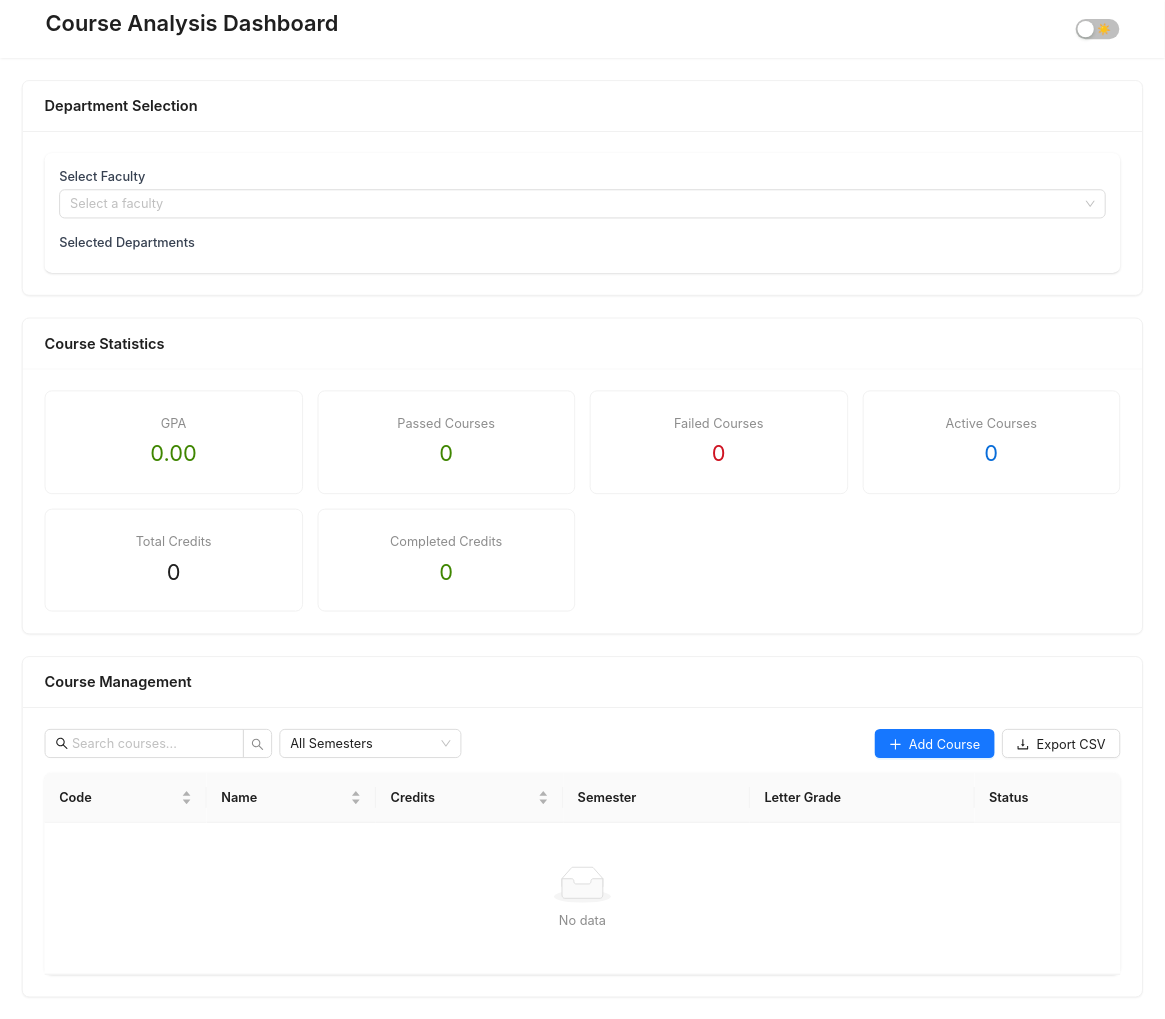
Repository: heudev/ieu-eduanalyzer
Page: /
The author's editor kept a copy of each file at every save. The page is drawn from the files as they stood at one save, then again after the next save.
The browser window is 1280 px wide. The pictures show the whole page, at 91% of full size.
The project was rebuilt for these pictures with package versions that can differ from the ones it lists, and the page was loaded fresh each time. Also part of the build but not shown: vite.config.ts.

Above is the page before, as saved 2025-01-17 00:21:02.

### src/index.css
@tailwind base;
@tailwind components;
@tailwind utilities;

body {
  margin: 0;
  font-family: -apple-system, BlinkMacSystemFont, "Segoe UI", "Roboto", "Oxygen", "Ubuntu", "Cantarell", "Fira Sans", "Droid Sans", "Helvetica Neue", sans-serif;
  -webkit-font-smoothing: antialiased;
  -moz-osx-font-smoothing: grayscale;
}

.ant-layout {
  background-color: inherit;
}

.ant-card {
  border-radius: 8px;
}

.ant-card-head {
  border-top-left-radius: 8px;
  border-top-right-radius: 8px;
}

.ant-statistic-title {
  color: inherit;
}

.ant-select {
  width: 100%;
}

/* Dark theme overrides */
[data-theme="dark"] .ant-card {
  background-color: #1f2937;
  border-color: #374151;
}

[data-theme="dark"] .ant-card-head {
  background-color: #1f2937;
  border-color: #374151;
}

[data-theme="dark"] .ant-table {
  background-color: #1f2937;
  color: #e5e7eb;
}

[data-theme="dark"] .ant-table-thead > tr > th {
  background-color: #374151;
  color: #e5e7eb;
  border-color: #4b5563;
}

[data-theme="dark"] .ant-table-tbody > tr > td {
  border-color: #4b5563;
}

[data-theme="dark"] .ant-table-tbody > tr:hover > td {
  background-color: #374151;
}

[data-theme="dark"] .ant-select-selector {
  background-color: #374151 !important;
  border-color: #4b5563 !important;
  color: #e5e7eb !important;
}

[data-theme="dark"] .ant-select-dropdown {
  background-color: #1f2937;
  border-color: #374151;
}

[data-theme="dark"] .ant-select-item {
  color: #e5e7eb;
}

[data-theme="dark"] .ant-select-item-option-selected {
  background-color: #374151;
}

[data-theme="dark"] .ant-input {
  background-color: #374151;
  border-color: #4b5563;
  color: #e5e7eb;
}

[data-theme="dark"] .ant-input:hover,
[data-theme="dark"] .ant-input:focus {
  border-color: #60a5fa;
}

[data-theme="dark"] .ant-btn {
  border-color: #4b5563;
  color: #e5e7eb;
}

[data-theme="dark"] .ant-btn-primary {
  background-color: #3b82f6;
  border-color: #3b82f6;
}

[data-theme="dark"] .ant-modal-content,
[data-theme="dark"] .ant-modal-header {
  background-color: #1f2937;
  color: #e5e7eb;
}

[data-theme="dark"] .ant-modal-title {
  color: #e5e7eb;
}

[data-theme="dark"] .ant-form-item-label > label {
  color: #e5e7eb;
}

@media (max-width: 768px) {
  .ant-card {
    margin-bottom: 16px;
  }
}

### src/App.tsx
import React, { useEffect } from 'react';
import { Layout, Typography, Card, Switch } from 'antd';
import { Provider } from 'react-redux';
import { configureStore } from '@reduxjs/toolkit';
import { useSelector, useDispatch } from 'react-redux';
import courseReducer, { toggleTheme, loadInitialData } from './store/courseSlice';
import FacultyDepartmentSelector from './components/FacultyDepartmentSelector';
import CourseTable from './components/CourseTable';
import CourseStats from './components/CourseStats';
import { ThemeMode } from './types';

const { Header, Content } = Layout;
const { Title } = Typography;

const store = configureStore({
  reducer: {
    course: courseReducer,
  },
});

interface RootState {
  course: {
    theme: ThemeMode;
  };
}

const AppContent: React.FC = () => {
  const dispatch = useDispatch();
  const theme = useSelector((state: RootState) => state.course.theme);

  useEffect(() => {
    dispatch(loadInitialData());
  }, [dispatch]);

  return (
    <Layout className={`min-h-screen ${theme === 'dark' ? 'bg-gray-900' : 'bg-gray-100'}`}>
      <Header className={`${theme === 'dark' ? 'bg-gray-800' : 'bg-white'} shadow flex items-center justify-between`}>
        <Title level={3} className={`py-4 m-0 ${theme === 'dark' ? 'text-white' : 'text-gray-800'}`}>
          Course Analysis Dashboard
        </Title>
        <Switch
          checked={theme === 'dark'}
          onChange={() => dispatch(toggleTheme())}
          checkedChildren="🌙"
          unCheckedChildren="☀️"
        />
      </Header>
      <Content className="p-6">
        <div className="max-w-7xl mx-auto space-y-6">
          <Card
            title="Department Selection"
            className={`shadow-sm ${theme === 'dark' ? 'bg-gray-800 text-white' : ''}`}
          >
            <FacultyDepartmentSelector />
          </Card>
          <Card
            title="Course Statistics"
            className={`shadow-sm ${theme === 'dark' ? 'bg-gray-800 text-white' : ''}`}
          >
            <CourseStats />
          </Card>
          <Card
            title="Course Management"
            className={`shadow-sm ${theme === 'dark' ? 'bg-gray-800 text-white' : ''}`}
          >
            <CourseTable />
          </Card>
        </div>
      </Content>
    </Layout>
  );
};

const App: React.FC = () => {
  return (
    <Provider store={store}>
      <AppContent />
    </Provider>
  );
};

export default App;

### src/components/CourseTable.tsx
import React, { useState } from 'react';
import { Table, Select, Button, Space, Input, Modal, Form, InputNumber } from 'antd';
import { useDispatch, useSelector } from 'react-redux';
import { Course, LetterGrade, CourseStatus } from '../types';
import { updateCourse, addCourse } from '../store/courseSlice';
import { SearchOutlined, PlusOutlined, DownloadOutlined } from '@ant-design/icons';

const { Option } = Select;
const { Search } = Input;

interface RootState {
    course: {
        courses: Course[];
    };
}

const CourseTable: React.FC = () => {
    const dispatch = useDispatch();
    const courses = useSelector((state: RootState) => state.course.courses);
    const [searchText, setSearchText] = useState('');
    const [isModalVisible, setIsModalVisible] = useState(false);
    const [selectedSemester, setSelectedSemester] = useState<string>('all');
    const [form] = Form.useForm();

    const letterGrades: LetterGrade[] = ['AA', 'BA', 'BB', 'CB', 'CC', 'DC', 'DD', 'FF', 'NA'];
    const courseStatuses: CourseStatus[] = ['PASSED', 'FAILED', 'TAKING', 'NOT_TAKEN'];
    const semesters = ['1. Year Fall', '1. Year Spring', '2. Year Fall', '2. Year Spring', '3. Year Fall', '3. Year Spring', '4. Year Fall', '4. Year Spring'];

    const handleGradeChange = (courseId: string, letterGrade: LetterGrade) => {
        dispatch(updateCourse({ courseId, updates: { letterGrade } }));
    };

    const handleStatusChange = (courseId: string, status: CourseStatus) => {
        dispatch(updateCourse({ courseId, updates: { status } }));
    };

    const handleAddCourse = () => {
        form.validateFields().then(values => {
            const newCourse: Course = {
                id: Date.now().toString(),
                code: values.code,
                name: values.name,
                credits: values.credits,
                letterGrade: 'NA',
                status: 'NOT_TAKEN',
                semester: values.semester
            };
            dispatch(addCourse(newCourse));
            setIsModalVisible(false);
            form.resetFields();
        });
    };

    const handleExport = () => {
        const csvContent = [
            ['Code', 'Name', 'Credits', 'Letter Grade', 'Status', 'Semester'],
            ...filteredCourses.map(course => [
                course.code,
                course.name,
                course.credits,
                course.letterGrade,
                course.status,
                course.semester
            ])
        ].map(row => row.join(',')).join('\n');

        const blob = new Blob([csvContent], { type: 'text/csv;charset=utf-8;' });
        const link = document.createElement('a');
        link.href = URL.createObjectURL(blob);
        link.download = 'courses.csv';
        link.click();
    };

    const filteredCourses = courses.filter(course => {
        const matchesSearch = course.code.toLowerCase().includes(searchText.toLowerCase()) ||
            course.name.toLowerCase().includes(searchText.toLowerCase());
        const matchesSemester = selectedSemester === 'all' || course.semester?.includes(selectedSemester);
        return matchesSearch && matchesSemester;
    });

    const columns = [
        {
            title: 'Code',
            dataIndex: 'code',
            key: 'code',
            sorter: (a: Course, b: Course) => a.code.localeCompare(b.code),
        },
        {
            title: 'Name',
            dataIndex: 'name',
            key: 'name',
            sorter: (a: Course, b: Course) => a.name.localeCompare(b.name),
        },
        {
            title: 'Credits',
            dataIndex: 'credits',
            key: 'credits',
            sorter: (a: Course, b: Course) => a.credits - b.credits,
        },
        {
            title: 'Semester',
            dataIndex: 'semester',
            key: 'semester',
        },
        {
            title: 'Letter Grade',
            dataIndex: 'letterGrade',
            key: 'letterGrade',
            render: (letterGrade: LetterGrade, record: Course) => (
                <Select
                    value={letterGrade}
                    onChange={(value: LetterGrade) => handleGradeChange(record.id, value)}
                    className="w-24"
                >
                    {letterGrades.map(grade => (
                        <Option key={grade} value={grade}>
                            {grade}
                        </Option>
                    ))}
                </Select>
            ),
        },
        {
            title: 'Status',
            dataIndex: 'status',
            key: 'status',
            render: (status: CourseStatus, record: Course) => (
                <Select
                    value={status}
                    onChange={(value: CourseStatus) => handleStatusChange(record.id, value)}
                    className="w-32"
                >
                    {courseStatuses.map(status => (
                        <Option key={status} value={status}>
                            {status.replace('_', ' ')}
                        </Option>
                    ))}
                </Select>
            ),
        },
    ];

    return (
        <div className="space-y-4">
            <div className="flex flex-wrap gap-4 items-center justify-between">
                <Space>
                    <Search
                        placeholder="Search courses..."
                        onChange={e => setSearchText(e.target.value)}
                        style={{ width: 250 }}
                        prefix={<SearchOutlined />}
                    />
                    <Select
                        style={{ width: 200 }}
                        value={selectedSemester}
                        onChange={setSelectedSemester}
                        placeholder="Filter by semester"
                    >
                        <Option value="all">All Semesters</Option>
                        {semesters.map(sem => (
                            <Option key={sem} value={sem}>{sem}</Option>
                        ))}
                    </Select>
                </Space>
                <Space>
                    <Button
                        type="primary"
                        icon={<PlusOutlined />}
                        onClick={() => setIsModalVisible(true)}
                    >
                        Add Course
                    </Button>
                    <Button
                        icon={<DownloadOutlined />}
                        onClick={handleExport}
                    >
                        Export CSV
                    </Button>
                </Space>
            </div>

            <Table
                columns={columns}
                dataSource={filteredCourses}
                rowKey="id"
                className="bg-white rounded-lg shadow"
                pagination={{
                    pageSize: 10,
                    showSizeChanger: true,
                    showTotal: (total, range) => `${range[0]}-${range[1]} of ${total} courses`,
                }}
            />

            <Modal
                title="Add New Course"
                open={isModalVisible}
                onOk={handleAddCourse}
                onCancel={() => {
                    setIsModalVisible(false);
                    form.resetFields();
                }}
            >
                <Form form={form} layout="vertical">
                    <Form.Item
                        name="code"
                        label="Course Code"
                        rules={[{ required: true, message: 'Please enter course code' }]}
                    >
                        <Input />
                    </Form.Item>
                    <Form.Item
                        name="name"
                        label="Course Name"
                        rules={[{ required: true, message: 'Please enter course name' }]}
                    >
                        <Input />
                    </Form.Item>
                    <Form.Item
                        name="credits"
                        label="Credits"
                        rules={[{ required: true, message: 'Please enter credits' }]}
                    >
                        <InputNumber min={1} max={30} />
                    </Form.Item>
                    <Form.Item
                        name="semester"
                        label="Semester"
                        rules={[{ required: true, message: 'Please select semester' }]}
                    >
                        <Select>
                            {semesters.map(sem => (
                                <Option key={sem} value={sem}>{sem}</Option>
                            ))}
                        </Select>
                    </Form.Item>
                </Form>
            </Modal>
        </div>
    );
};

export default CourseTable;

### src/components/CourseStats.tsx
import React from 'react';
import { Row, Col, Statistic, Card } from 'antd';
import { useSelector } from 'react-redux';
import { CourseState } from '../types';

interface RootState {
    course: CourseState;
}

const CourseStats: React.FC = () => {
    const stats = useSelector((state: RootState) => state.course.stats);

    return (
        <Row gutter={[16, 16]}>
            <Col xs={24} sm={12} md={8} lg={6}>
                <Card className="text-center">
                    <Statistic
                        title="GPA"
                        value={stats.gpa.toFixed(2)}
                        precision={2}
                        valueStyle={{ color: '#3f8600' }}
                    />
                </Card>
            </Col>
            <Col xs={24} sm={12} md={8} lg={6}>
                <Card className="text-center">
                    <Statistic
                        title="Passed Courses"
                        value={stats.passedCourses}
                        valueStyle={{ color: '#3f8600' }}
                    />
                </Card>
            </Col>
            <Col xs={24} sm={12} md={8} lg={6}>
                <Card className="text-center">
                    <Statistic
                        title="Failed Courses"
                        value={stats.failedCourses}
                        valueStyle={{ color: '#cf1322' }}
                    />
                </Card>
            </Col>
            <Col xs={24} sm={12} md={8} lg={6}>
                <Card className="text-center">
                    <Statistic
                        title="Active Courses"
                        value={stats.activeCourses}
                        valueStyle={{ color: '#096dd9' }}
                    />
                </Card>
            </Col>
            <Col xs={24} sm={12} md={8} lg={6}>
                <Card className="text-center">
                    <Statistic
                        title="Total Credits"
                        value={stats.totalCredits}
                    />
                </Card>
            </Col>
            <Col xs={24} sm={12} md={8} lg={6}>
                <Card className="text-center">
                    <Statistic
                        title="Completed Credits"
                        value={stats.completedCredits}
                        valueStyle={{ color: '#3f8600' }}
                    />
                </Card>
            </Col>
        </Row>
    );
};

export default CourseStats;

Loaded but not shown: index.html (common file); src/main.tsx (common file); src/data/departments.json (21572 lines, source omitted); tailwind.config.js (14 lines, source omitted); src/store/courseSlice.ts (145 lines, source omitted); src/components/FacultyDepartmentSelector.tsx (107 lines, source omitted)

After the next save:
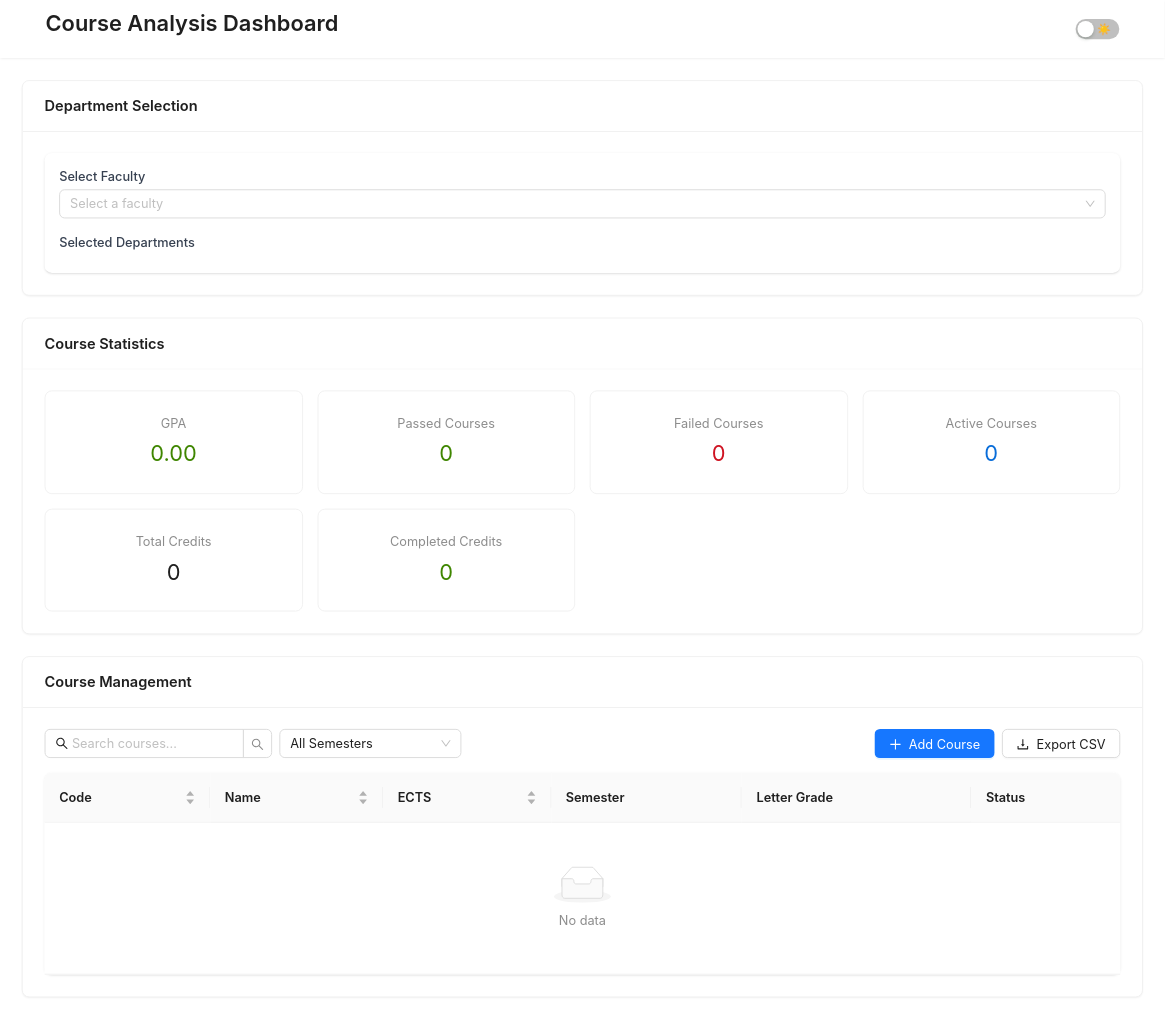
Saved 36 s later.
--- a/src/components/CourseTable.tsx
+++ b/src/components/CourseTable.tsx
@@ -24,7 +24,6 @@
 
     const letterGrades: LetterGrade[] = ['AA', 'BA', 'BB', 'CB', 'CC', 'DC', 'DD', 'FF', 'NA'];
     const courseStatuses: CourseStatus[] = ['PASSED', 'FAILED', 'TAKING', 'NOT_TAKEN'];
-    const semesters = ['1. Year Fall', '1. Year Spring', '2. Year Fall', '2. Year Spring', '3. Year Fall', '3. Year Spring', '4. Year Fall', '4. Year Spring'];
 
     const handleGradeChange = (courseId: string, letterGrade: LetterGrade) => {
         dispatch(updateCourse({ courseId, updates: { letterGrade } }));
@@ -39,11 +38,16 @@
             const newCourse: Course = {
                 id: Date.now().toString(),
                 code: values.code,
+                prerequisites: null,
                 name: values.name,
+                ects: values.credits,
+                grade: null,
+                semester: values.semester,
+                checked: false,
+                enrolled: false,
                 credits: values.credits,
                 letterGrade: 'NA',
-                status: 'NOT_TAKEN',
-                semester: values.semester
+                status: 'NOT_TAKEN'
             };
             dispatch(addCourse(newCourse));
             setIsModalVisible(false);
@@ -53,13 +57,13 @@
 
     const handleExport = () => {
         const csvContent = [
-            ['Code', 'Name', 'Credits', 'Letter Grade', 'Status', 'Semester'],
+            ['Code', 'Name', 'ECTS', 'Letter Grade', 'Status', 'Semester'],
             ...filteredCourses.map(course => [
                 course.code,
                 course.name,
-                course.credits,
-                course.letterGrade,
-                course.status,
+                course.ects,
+                course.letterGrade || course.grade,
+                course.status || (course.enrolled ? 'TAKING' : 'NOT_TAKEN'),
                 course.semester
             ])
         ].map(row => row.join(',')).join('\n');
@@ -78,6 +82,8 @@
         return matchesSearch && matchesSemester;
     });
 
+    const uniqueSemesters = Array.from(new Set(courses.map(course => course.semester)));
+
     const columns = [
         {
             title: 'Code',
@@ -92,10 +98,10 @@
             sorter: (a: Course, b: Course) => a.name.localeCompare(b.name),
         },
         {
-            title: 'Credits',
-            dataIndex: 'credits',
-            key: 'credits',
-            sorter: (a: Course, b: Course) => a.credits - b.credits,
+            title: 'ECTS',
+            dataIndex: 'ects',
+            key: 'ects',
+            sorter: (a: Course, b: Course) => a.ects - b.ects,
         },
         {
             title: 'Semester',
@@ -108,8 +114,8 @@
             key: 'letterGrade',
             render: (letterGrade: LetterGrade, record: Course) => (
                 <Select
-                    value={letterGrade}
-                    onChange={(value: LetterGrade) => handleGradeChange(record.id, value)}
+                    value={letterGrade || record.grade}
+                    onChange={(value: LetterGrade) => handleGradeChange(record.id!, value)}
                     className="w-24"
                 >
                     {letterGrades.map(grade => (
@@ -126,8 +132,8 @@
             key: 'status',
             render: (status: CourseStatus, record: Course) => (
                 <Select
-                    value={status}
-                    onChange={(value: CourseStatus) => handleStatusChange(record.id, value)}
+                    value={status || (record.enrolled ? 'TAKING' : 'NOT_TAKEN')}
+                    onChange={(value: CourseStatus) => handleStatusChange(record.id!, value)}
                     className="w-32"
                 >
                     {courseStatuses.map(status => (
@@ -157,7 +163,7 @@
                         placeholder="Filter by semester"
                     >
                         <Option value="all">All Semesters</Option>
-                        {semesters.map(sem => (
+                        {uniqueSemesters.map(sem => (
                             <Option key={sem} value={sem}>{sem}</Option>
                         ))}
                     </Select>
@@ -182,7 +188,7 @@
             <Table
                 columns={columns}
                 dataSource={filteredCourses}
-                rowKey="id"
+                rowKey="code"
                 className="bg-white rounded-lg shadow"
                 pagination={{
                     pageSize: 10,
@@ -217,8 +223,8 @@
                     </Form.Item>
                     <Form.Item
                         name="credits"
-                        label="Credits"
-                        rules={[{ required: true, message: 'Please enter credits' }]}
+                        label="ECTS"
+                        rules={[{ required: true, message: 'Please enter ECTS' }]}
                     >
                         <InputNumber min={1} max={30} />
                     </Form.Item>
@@ -228,7 +234,7 @@
                         rules={[{ required: true, message: 'Please select semester' }]}
                     >
                         <Select>
-                            {semesters.map(sem => (
+                            {uniqueSemesters.map(sem => (
                                 <Option key={sem} value={sem}>{sem}</Option>
                             ))}
                         </Select>
